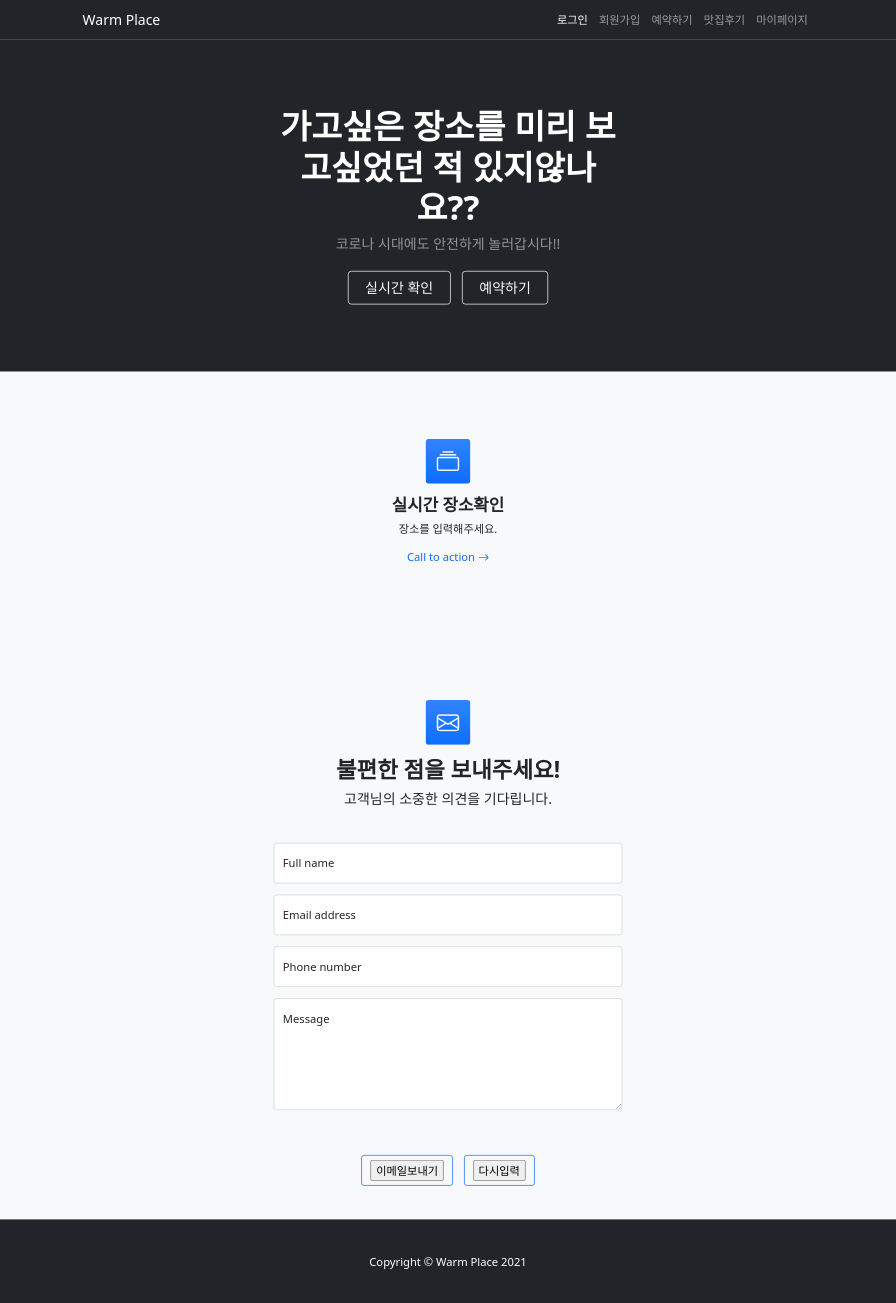
Repository: jaunnnngs/HackaTone
Page: http://localhost/StunProjects/St_Join/main.jsp
The author's editor kept a copy of each file at every save. The page is drawn from the files as they stood at one save, then again after the next save.
The browser window is 1280 px wide. The pictures show the whole page, at 70% of full size.
Some web libraries are served in a nearby version. The page is served by Tomcat 9.

Above is the page before, as saved 2021-08-12 01:55:32.

After the next save:
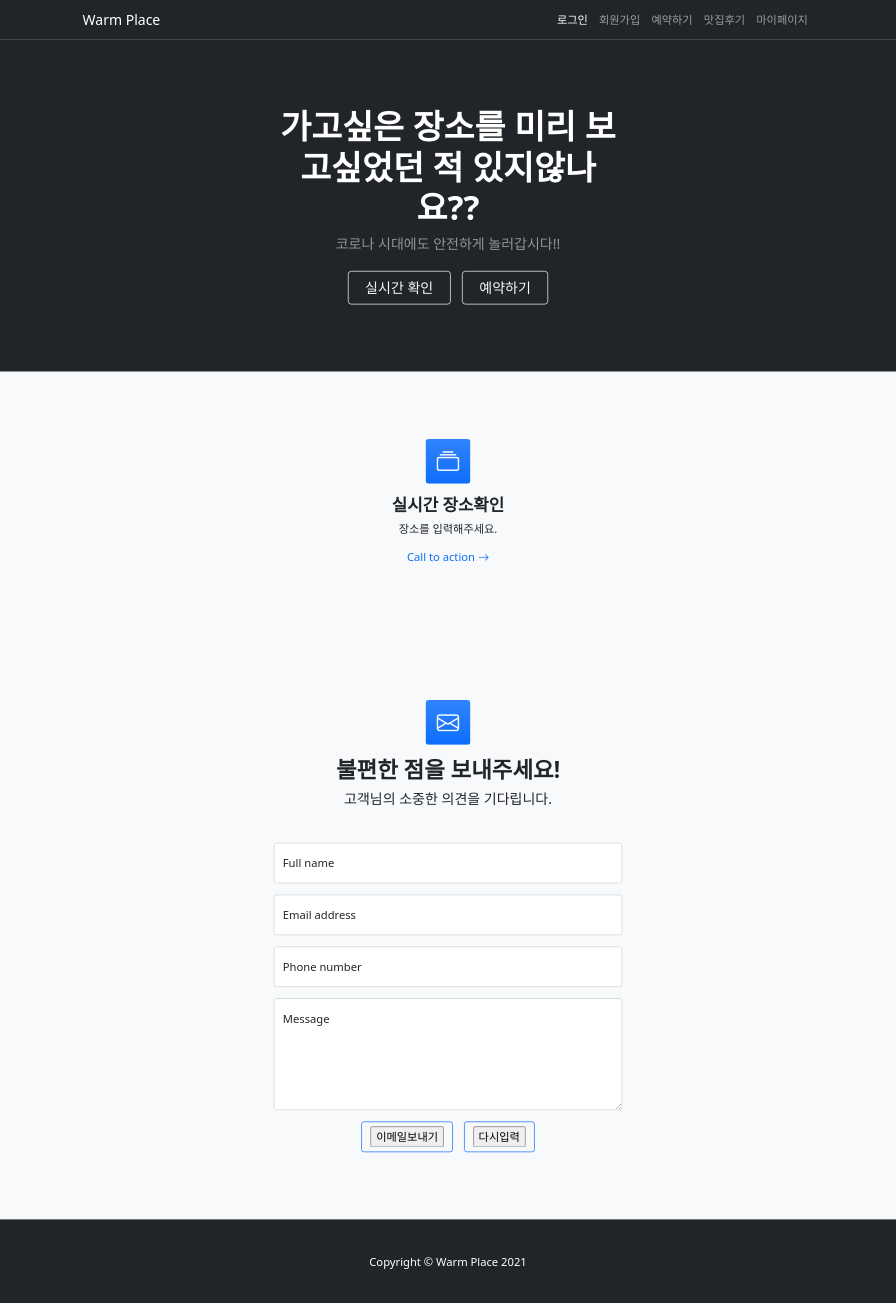
Saved 10 s later.
--- a/STUN_TEAM/StunProjects/src/main/webapp/St_Join/main.jsp
+++ b/STUN_TEAM/StunProjects/src/main/webapp/St_Join/main.jsp
@@ -102,7 +102,6 @@
                     <p class="lead mb-0">고객님의 소중한 의견을 기다립니다.</p>
                 </div>
                 <div class="row gx-5 justify-content-center">
-
                     <div class="col-lg-6">
                         <!-- * * * * * * * * * * * * * * *-->
                         <!-- * * SB Forms Contact Form * *-->
@@ -151,22 +150,19 @@
                                     <a href="https://startbootstrap.com/solution/contact-forms">https://startbootstrap.com/solution/contact-forms</a>
                                 </div>
                             </div>
-                            </div>
-                             </div>
                             <!-- 제출 에러 메세지-->
                             <!---->
                             <!-- This is what your users will see when there is-->
                             <!-- an error submitting the form-->
                             <div class="d-none" id="submitErrorMessage"><div class="text-center text-danger mb-3">Error sending message!</div></div>
-                            </div>
                             <!--마지막 버튼!  -->
                             <div class="d-grid gap-3 d-sm-flex justify-content-sm-center">
 							<a class="btn btn-outline-primary"><input type="submit" value="이메일보내기"></a>
 							<a class="btn btn-outline-primary"><input type="reset" value="다시입력"></a></div>
 							</form>
-
-
-
+                    </div>
+                </div>
+            </div>
         </section>
         <!-- Footer-->
         <footer class="py-5 bg-dark">
